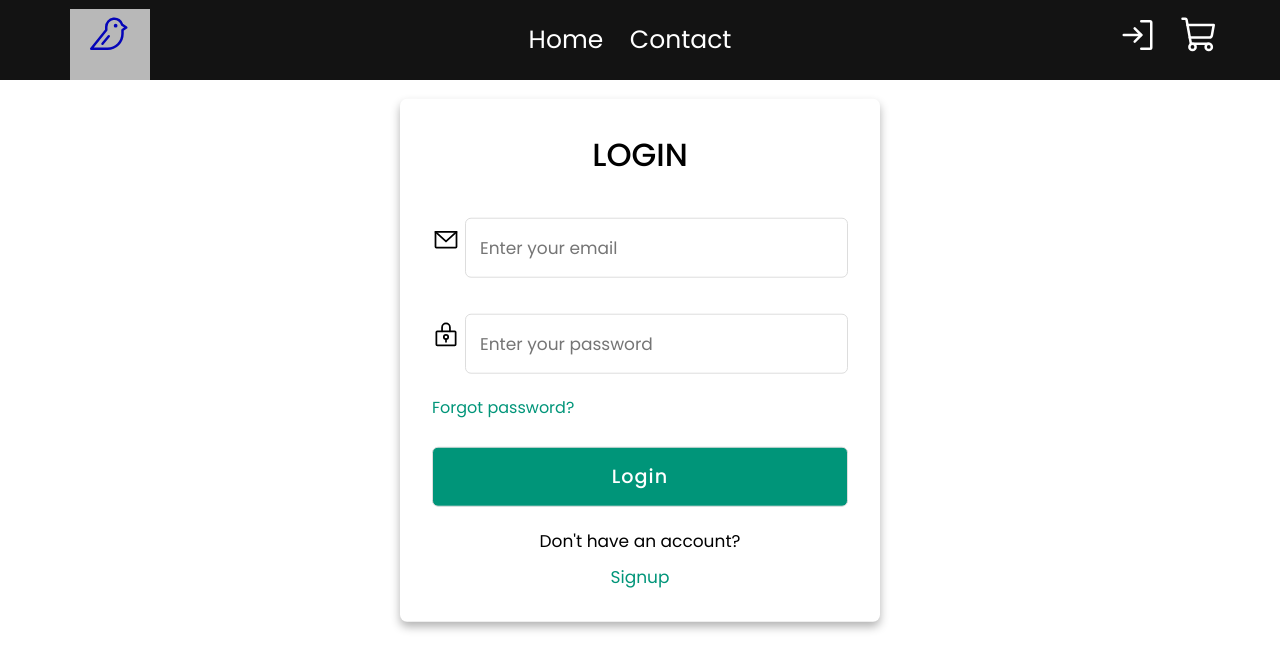
Repository: hoangdanh2/swp301
Page: /register
These files come from the project's save history. The page is drawn as it stood at one moment and after the next save; the edit follows.
The browser window is 1280 px wide. The pictures show the whole page.
The pointer rests on the first visible `.links a`.
The project was rebuilt for these pictures with package versions that can differ from the ones it lists, and the page was loaded fresh each time. Also part of the build but not shown: src/pages/shop/product.jsx, src/pages/shop/shop.css, src/pages/shop/shop.jsx, src/pages/contact/contact.jsx, src/pages/cart/cart-item.jsx, src/pages/cart/cart.css, src/pages/cart/cart.jsx.

Above is the page before, as saved 2023-05-29 12:59:46.

After the next save:
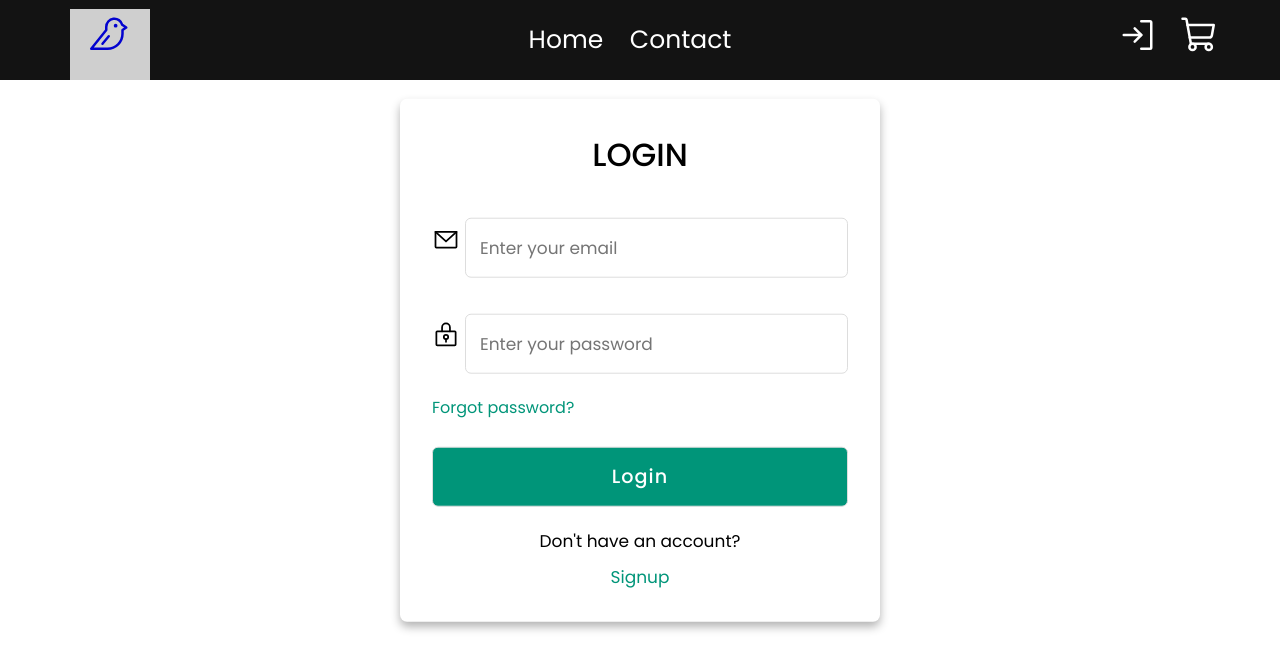
Saved 4 s later.
--- a/src/components/navbar.css
+++ b/src/components/navbar.css
@@ -33,6 +33,6 @@
     width: 100%;
     color: blue;
     background-color: white;
-    opacity: 0.7;
+    opacity: 0.8;
     padding: 20px;
 }
